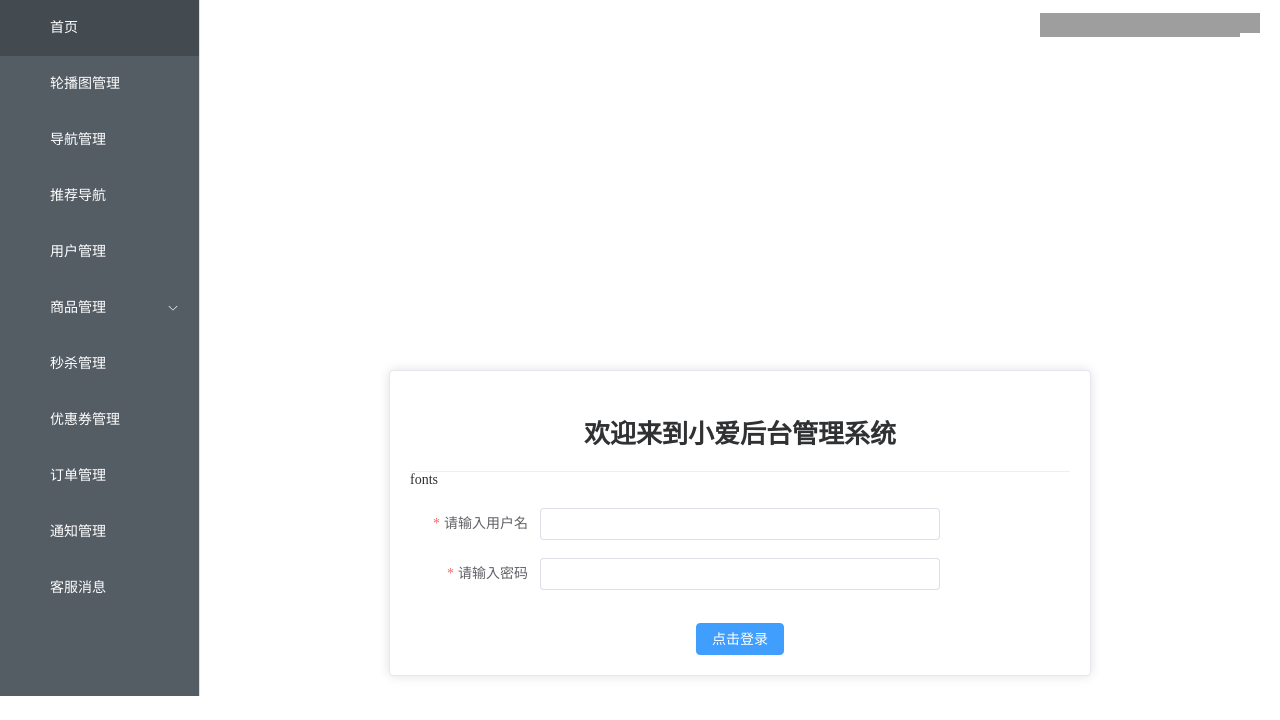
Repository: xinwuhao/CCG
Page: /notice
The author's editor kept a copy of each file at every save. The page is drawn from the files as they stood at one save, then again after the next save.
The browser window is 1280 px wide. The pictures show the whole page.
Pictures or frames that could not be fetched are drawn as grey boxes. The project was rebuilt for these pictures with package versions that can differ from the ones it lists, and the page was loaded fresh each time. Also part of the build but not shown: vite.config.ts.

Above is the page before, as saved 2021-09-22 11:58:38.

### src/main.ts
import { createApp } from 'vue'
import App from "./App.vue";
import router from "./router"
import ElementPlus from 'element-plus'
import 'element-plus/dist/index.css'
import * as Icons from '@element-plus/icons'
import { toLine } from './utils/index'

const app = createApp(App)

for (let i in Icons) {
    app.component(`el-icon${toLine(i)}`, (Icons as any)[i])
}

app.use(router)
app.use(ElementPlus)
app.mount('#app')

### src/App.vue
<template>
  <div>
    <router-view></router-view>
  </div>
</template>

<script setup lang="ts">
</script>

<style lang='scss'>
@import "./scssbox.scss";
</style>

### src/router/index.ts
import { createRouter, createWebHistory, RouteRecordRaw } from 'vue-router'
// import Home from '../views/homepage/homepage.vue'
import Layout from '../views/layout/Layout.vue'

const routes: Array<RouteRecordRaw> = [
  {
    path: '/login',
    name: 'Logon',
    component: () => import('../views/login/Login.vue'),
    meta: {
      title: '登录'
    }
  },
  {
    path: '/',
    component: Layout,
    // 子路由: children
    children: [
      {
        path: '/',
        name: '/',
        component: () => import('../views/homepage/homepage.vue'),
        meta: {
          title: '首页',
          meta: '/homepage'
        }
      },
      {
        path: '/discount',
        name: 'discount',
        component: () => import('../views/discount/discount.vue'),
        meta: {
          title: '优惠券管理',
          meta: '/discount'
        }
      },
      {
        path: '/navigation',
        name: 'navigation',
        component: () => import('../views/navigation/navigation.vue'),
        meta: {
          title: '推荐导航',
          meta: '/navigation'
        }
      },
      {
        path: '/user',
        name: 'user',
        component: () => import('../views/user/user.vue'),
        meta: {
          title: '用户管理',
          meta: '/user'
        }
      },
      {
        path: '/addgoods',
        name: 'addgoods',
        component: () => import('../views/goods/addgoods.vue'),
        meta: {
          title: '添加商品',
          meta: '/addgoods'
        }
      },
      {
        path: '/sortgoods',
        name: 'sortgoods',
        component: () => import('../views/goods/sortgoods.vue'),
        meta: {
          title: '商品分类',
          meta: '/sortgoods'
        }
      },
      {
        path: '/modelgoods',
        name: 'modelgoods',
        component: () => import('../views/goods/modelgoods.vue'),
        meta: {
          title: '商品模型',
          meta: '/modelgoods'
        }
      },
      {
        path: '/specsgoods',
        name: 'specsgoods',
        component: () => import('../views/goods/specsgoods.vue'),
        meta: {
          title: '商品规格',
          meta: '/specsgoods'
        }
      },
      {
        path: '/parametergoods',
        name: 'parametergoods',
        component: () => import('../views/goods/parametergoods.vue'),
        meta: {
          title: '商品参数',
          meta: '/parametergoods'
        }
      },
      {
        path: '/specifications',
        name: 'specifications',
        component: () => import('../views/goods/specifications.vue'),
        meta: {
          title: '规格参数',
          meta: '/specifications'
        }
      },
      {
        path: '/seckill',
        name: 'seckill',
        component: () => import('../views/seckill/seckill.vue'),
        meta: {
          title: '秒杀管理',
          meta: '/seckill'
        }
      },
      {
        path: '/order',
        name: 'order',
        component: () => import('../views/order/order.vue'),
        meta: {
          title: '订单管理',
          meta: '/order'
        }
      },
      {
        path: '/notice',
        name: 'notice',
        component: () => import('../views/notice/notice.vue'),
        meta: {
          title: '通知管理',
          meta: '/notice'
        }
      },
      {
        path: '/news',
        name: 'news',
        component: () => import('../views/news/news.vue'),
        meta: {
          title: '客服消息',
          meta: '/news'
        }
      },
    ]
  }
]

const router = createRouter({
  history: createWebHistory(),
  routes
})

router.beforeEach((to, from, next) => {
  document.title = to.meta.title as string
  next()
})

export default router

### src/utils/index.ts
export const toLine = (str: string) => {
  return str.replace(/([A-Z])/g, "-$1").toLowerCase()
}

### src/scssbox.scss
* {
    margin: 0;
    padding: 0;
}

html,
body,
#app,
.el-container,
.el-menu {
    height: 100%;
}

### src/views/layout/Layout.vue
<template>
  <el-container>
    <el-aside width="auto">
      <nav-left :isCollapse='isCollapse'></nav-left>
    </el-aside>
    <el-container>
     <el-header>
        <nav-header v-model:isCollapse='isCollapse'></nav-header>
     </el-header>
      <el-main>
        <router-view></router-view>
      </el-main>
    </el-container>
  </el-container>
</template>

<script setup lang="ts">
import { ref, reactive } from 'vue'
import NavHeader from  '../../components/navHeader/NavHeader.vue'
import NavLeft from  '../../components/navLeft/NavLeft.vue'

interface Data {
  name: string,
  age: number
}

let isCollapse = ref<boolean>(false)
let data = reactive<Data>({
  name: 'jack',
  age: 20
})
</script>

<style scoped lang="scss">
.el-header {
  height: 50px;
  padding: 0;
}
</style>

### src/views/notice/notice.vue
<template>
  <div class="box">
    <el-card class="box-card">
      <div class="text item">
        <div class="fontTile">欢迎来到小爱后台管理系统</div>
        <div>fonts</div>
        <!-- 表单 -->
        <div class="urename">
          <el-form
            :model="user"
            :rules="rules"
            ref="ruleForm"
            label-width="130px"
            class="demo-ruleForm"
          >
            <el-form-item label="请输入用户名" prop="username">
              <el-input v-model="user.username" class="inpud"></el-input>
            </el-form-item>
            <el-form-item label="请输入密码" prop="password">
              <el-input v-model="user.password" class="inpud"></el-input>
            </el-form-item>
          </el-form>
        </div>
        <!-- 登录按钮 -->
        <div class="buttop">
          <el-button type="primary" @click="getlong">点击登录</el-button>
        </div>
      </div>
    </el-card>
  </div>
</template>

<script setup lang="ts">
import { defineComponent, ref } from "vue";
import api from "../../http/aip";
import { ElMessage } from "element-plus";
import { useRoute, useRouter } from "vue-router";
interface Obj {
  username: string;
  password: string;
}

// 定义变量
let user = ref<Obj>({
  username: "",
  password: "",
});
let router = useRouter();

let rules = ref<any>({
  username: [
    { required: true, message: "请输入用户名", trigger: "blur" },
    { min: 3, max: 5, message: "长度在 3 到 5 个字符", trigger: "blur" },
  ],
  password: [
    { required: true, message: "请输入密码", trigger: "blur" },
    { min: 3, max: 8, message: "长度在 3 到 8 个字符", trigger: "blur" },
  ],
});
// 点击确定
let getlong = () => {
  api
    .login({
      // 用户名
      username: user.value.username,
      // 密码
      password: user.value.password,
    })
    .then((res: any) => {
      if (res.code === 200) {
        localStorage.setItem("token", res.token);
        localStorage.setItem("uname", JSON.stringify(res.data));
        router.push("/");
        ElMessage.success({
          message: res.msg,
          type: "success",
        });
      } else {
        ElMessage.error(res.msg);
      }
    })
    .catch((err: any) => {
      console.log(err);
    });
};
</script>

<style scoped>
.box {
  display: flex;
  justify-content: center;
  align-content: center;
}
.text {
  font-size: 14px;
}

.box-card {
  width: 700px;
  margin-top: 300px;
}
.fontTile {
  height: 80px;
  font-size: 26px;
  font-weight: bold;
  display: flex;
  align-items: center;
  justify-content: center;
  border-bottom: 1px #eeeeee solid;
}
.inpud {
  width: 400px;
}
.buttop {
  margin-top: 15px;
  display: flex;
  align-items: center;
  justify-content: center;
}
.fonts {
  font-size: 14px;
  display: flex;
  align-items: center;
  justify-content: center;
}
.urename {
  display: flex;
  flex-direction: column;
  margin-top: 20px;
}
</style>

### src/components/navHeader/NavHeader.vue
<template>
  <div class="header">
    <div @click="toggle" class="cent">
      <el-icon-expand v-if="isCollapse"></el-icon-expand>
      <el-icon-fold v-else></el-icon-fold>
      <div class="cenn">
        <iframe
          width="200"
          height="24"
          frameborder="0"
          scrolling="no"
          hspace="0"
          src="https://i.tianqi.com/?c=code&id=11"
        ></iframe>
        <div>
          <img
            src="https://img0.baidu.com/it/u=3730772664,138405132&fm=26&fmt=auto"
            class="img"
          />
        </div>
      </div>
    </div>
  </div>
</template>

<script lang='ts' setup>
import { ref } from "vue";
import { Fold, Expand } from "@element-plus/icons";

let props = defineProps({
  isCollapse: {
    type: Boolean,
    default: false,
  },
});
let emits = defineEmits(["update:isCollapse"]);
let toggle = () => {
  emits("update:isCollapse", !props.isCollapse);
};
</script>

<style lang='scss' scoped>
svg {
  width: 20px;
  height: 20px;
}
.header {
  height: 50px;
  display: flex;
  align-items: center;
  padding: 0 20px;
}
.cent {
  display: flex;
  width: 100%;
}
.cenn {
  display: flex;
  justify-content: flex-end;
  width: 100%;
}
.img {
  width: 20px;
  height: 20px;
}
</style>

### src/components/navLeft/NavLeft.vue
<template>
  <el-menu
    :uniqueOpened="true"
    default-active="1"
    class="el-menu"
    background-color="#545c64"
    text-color="#fff"
    active-text-color="#ffd04b"
    :collapse="isCollapse"
    :router="true"
  >
    <div v-for="(item, index) in arr" :key="index">
      <div v-if="item.name !== '商品管理'">
        <el-menu-item :index="item.path">
          <component :is="item.i" class="iconbox"></component>
          <template #title>{{ item.name }}</template>
        </el-menu-item>
      </div>
      <div v-else>
        <el-sub-menu :index="item.path">
          <template #title>
            <component :is="item.i" class="iconbox"></component>
            <span>{{ item.name }}</span>
          </template>
          <div v-for="(item1, index1) in arr1" :key="index1">
            <el-menu-item-group>
              <el-menu-item :index="item1.path">
                <component :is="item1.i" class="iconbox"></component>
                <span> {{ item1.name }}</span>
              </el-menu-item>
            </el-menu-item-group>
          </div>
        </el-sub-menu>
      </div>
    </div>
  </el-menu>
</template>

<script lang='ts' setup>
import { ref } from "vue";
let arr = ref<any>([
  { name: "首页", i: "el-icon-house", path: "/" },
  { name: "轮播图管理", i: "el-icon-help", path: "/discount" },
  { name: "导航管理", i: "el-icon-data-line", path: "/discount" },
  { name: "推荐导航", i: "el-icon-document-copy", path: "/navigation" },
  { name: "用户管理", i: "el-icon-user", path: "/user" },
  { name: "商品管理", i: "el-icon-paperclip",},
  { name: "秒杀管理", i: "el-icon-reading", path: "/seckill" },
  { name: "优惠券管理", i: "el-icon-coin", path: "/discount" },
  { name: "订单管理", i: "el-icon-set-up", path: "/order" },
  { name: "通知管理", i: "el-icon-microphone", path: "/notice" },
  { name: "客服消息", i: "el-icon-chat-line-round", path: "/news" },
]);
let arr1 = ref<any>([
  { name: "添加商品", i: "el-icon-document-add", path: "/addgoods" },
  { name: "商品分类", i: "el-icon-tickets", path: "/sortgoods" },
  { name: "商品模型", i: "el-icon-set-up", path: "/modelgoods" },
  { name: "商品参数", i: "el-icon-cpu", path: "/parametergoods" },
  { name: "规格参数", i: "el-icon-takeaway-box", path: "/specifications" },
]);
let props = defineProps({
  isCollapse: {
    type: Boolean,
    default: false,
  },
});
</script>

<style lang='scss' scoped>
.el-menu:not(.el-menu--collapse) {
  width: 200px;
}
.iconbox {
  width: 20px;
  height: 20px;
  margin-right: 10px;
}
</style>

### src/http/index.ts
import axios, { AxiosError, AxiosRequestConfig, AxiosResponse } from 'axios'


const http = axios.create({
   baseURL: 'http://localhost:1001',
   timeout: 10000
})


http.interceptors.request.use((config: AxiosRequestConfig) => {
   let token = localStorage.getItem('token')
   if (token) {
      config.headers['Authorization'] = token
   }
   return config
}, (err: AxiosError) => {
   return Promise.reject(err)
})


http.interceptors.response.use((res: any) => {
   return res.data
}, (err: AxiosError) => {
   let status: number = err.response! && err.response!.status
   if (status === 401) {

   }
   if (status === 400) {

   }
   if (status === 403) {

   }
   if (status === 404) {

   }
   if (status === 500) {

   }
   if (status === 503) {

   }
   return Promise.reject(err)
})


export default http

Loaded but not shown: index.html (common file); src/http/aip.ts (469 lines, source omitted)

After the next save:
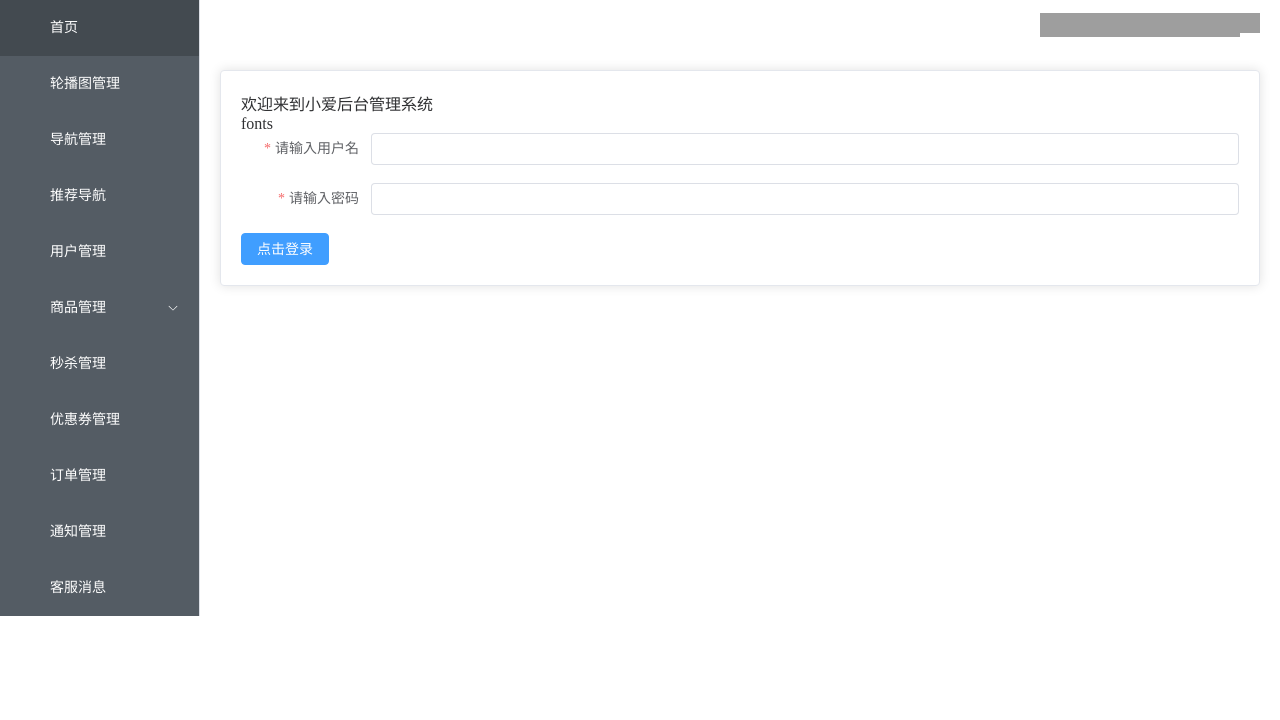
Saved 6 s later.
--- a/src/views/notice/notice.vue
+++ b/src/views/notice/notice.vue
@@ -84,48 +84,3 @@ let getlong = () => {
     });
 };
 </script>
-
-<style scoped>
-.box {
-  display: flex;
-  justify-content: center;
-  align-content: center;
-}
-.text {
-  font-size: 14px;
-}
-
-.box-card {
-  width: 700px;
-  margin-top: 300px;
-}
-.fontTile {
-  height: 80px;
-  font-size: 26px;
-  font-weight: bold;
-  display: flex;
-  align-items: center;
-  justify-content: center;
-  border-bottom: 1px #eeeeee solid;
-}
-.inpud {
-  width: 400px;
-}
-.buttop {
-  margin-top: 15px;
-  display: flex;
-  align-items: center;
-  justify-content: center;
-}
-.fonts {
-  font-size: 14px;
-  display: flex;
-  align-items: center;
-  justify-content: center;
-}
-.urename {
-  display: flex;
-  flex-direction: column;
-  margin-top: 20px;
-}
-</style>

After the save that followed:
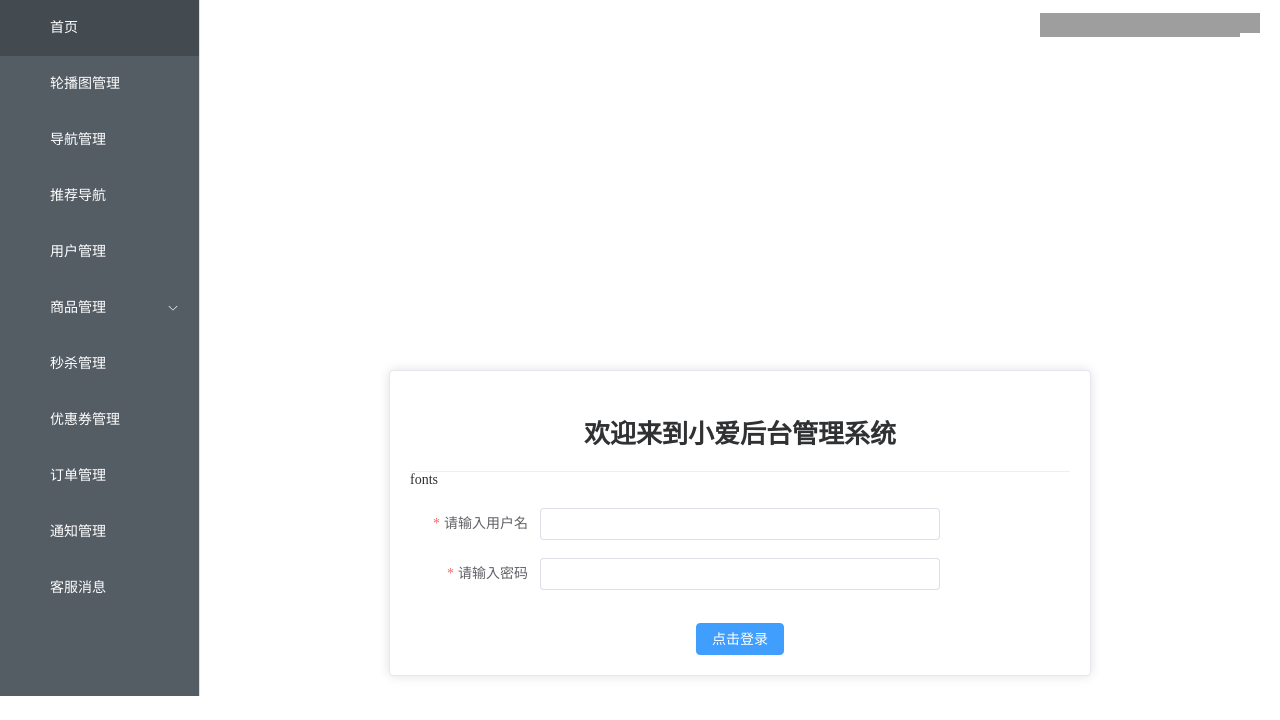
Saved 5 s later.
--- a/src/views/notice/notice.vue
+++ b/src/views/notice/notice.vue
@@ -84,3 +84,48 @@ let getlong = () => {
     });
 };
 </script>
+
+<style scoped>
+.box {
+  display: flex;
+  justify-content: center;
+  align-content: center;
+}
+.text {
+  font-size: 14px;
+}
+
+.box-card {
+  width: 700px;
+  margin-top: 300px;
+}
+.fontTile {
+  height: 80px;
+  font-size: 26px;
+  font-weight: bold;
+  display: flex;
+  align-items: center;
+  justify-content: center;
+  border-bottom: 1px #eeeeee solid;
+}
+.inpud {
+  width: 400px;
+}
+.buttop {
+  margin-top: 15px;
+  display: flex;
+  align-items: center;
+  justify-content: center;
+}
+.fonts {
+  font-size: 14px;
+  display: flex;
+  align-items: center;
+  justify-content: center;
+}
+.urename {
+  display: flex;
+  flex-direction: column;
+  margin-top: 20px;
+}
+</style>
